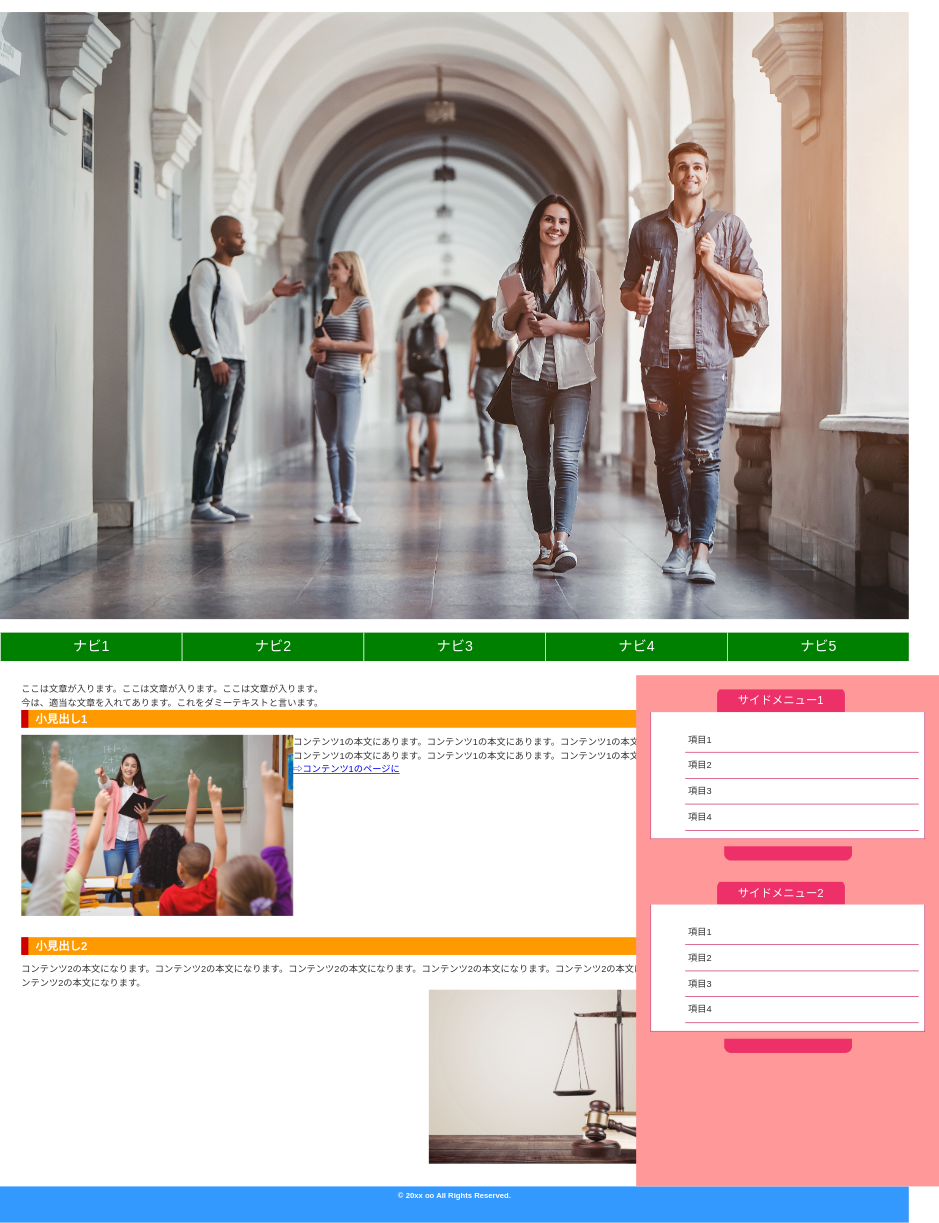
Repository: 777yuuki/samurai_HTML-CSS
Page: testo.html
The author's editor kept a record of every edit. The page is drawn from the files as they stood at one moment, then again after the next edit.
The browser window is 1280 px wide. The page is 1323 px wide, so the pictures cover 1323 px, including what lies to the right of the window. The pictures show the whole page, at 71% of full size.

Above is the page before.

### testo.html
<!DOCTYPE html>
<html lang="ja">
<head>
    <meta charset="UTF-8">
    <meta name="viewport" content="width=device-width, initial-scale=1.0">
    <meta http-equiv="X-UA-Compatible" content="ie=edge">
    <title>テストホームページ</title>
    <link rel="stylesheet" href="testo.css" type="text/css" />
</head>
<body>
    <div class="header">
        <h1><a href="testo.html"><img id="corridor" src="images/corridor.jpg" alt="校舎"></a></h1>
    </div>
    <div class="wrapper">
        <div class="nav">
            <ul>
                <li><a href="#">ナビ1</a></li>
                <li><a href="#">ナビ2</a></li>
                <li><a href="#">ナビ3</a></li>
                <li><a href="#">ナビ4</a></li>
                <li><a href="#">ナビ5</a></li>
            </ul>
        </div>
        <div class="container">
            <div class="main">
               <p>ここは文章が入ります。ここは文章が入ります。ここは文章が入ります。<br>今は、適当な文章を入れてあります。これをダミーテキストと言います。</p>
               <div class="main-post">
                   <h1>小見出し1</h1>
                   <img id="classroom" src="images/classroom.jpg" alt="教室">
                   <p>コンテンツ1の本文にあります。コンテンツ1の本文にあります。コンテンツ1の本文にあります。コンテンツ1の本文にあります。コンテンツ1の本文にあります。コンテンツ1の本文にあります。
                   </p>
                   <p class="blue"><a href="#">⇨コンテンツ1のページに<a/></p>
               </div>
               <div class="main-post">
                   <h1>小見出し2</h1>
                   <p>コンテンツ2の本文になります。コンテンツ2の本文になります。コンテンツ2の本文になります。コンテンツ2の本文になります。コンテンツ2の本文になります。コンテンツ2の本文になります。
                   </p>
                   <img  id="scale" src="images/scale.jpg">
               </div>
            </div>
            <div class="side">
                <div class="side-main">
                    <div class="side-top">
                        <div class="side-title">
                            サイドメニュー1
                        </div>
                        <div class="side-box">
                            <ul>
                                 <li>項目1</li>
                                 <li>項目2</li>
                                 <li>項目3</li>
                                 <li>項目4</li>
                            </ul>
                        </div>
                    </div>
                </div>
                <div class="side-main">
                    <div class="side-top">
                        <div class="side-title">
                            サイドメニュー2
                        </div>
                        <div class="side-box">
                            <ul>
                                 <li>項目1</li>
                                 <li>項目2</li>
                                 <li>項目3</li>
                                 <li>項目4</li>
                            </ul>
                        </div>
                    </div>
                </div>
            </div>
        </div>
    </div>
    <div class="footer">
        <small>&copy; 20xx oo All Rights Reserved.</small>
    </div>
</body>
</html>

### testo.css
/*--- body ---*/
body{
    margin: 0;
    padding: 0;
    font-family: "ヒラギノ角ゴ Pro W3", "Hiragino Kaku Gothic Pro", "メイリオ", Meiryo, Osaka, "ＭＳ Ｐゴシック", "MS PGothic", sans-serif;
    color: #333;
    font-size: 13px;
    line-height: 150%;
}

/*--- header ---*/
.header{
    width:100%;
}
#corridor{
    width:100%;
}

/*--- wrapper ---*/
.wrapper{
    width: 100%;
    margin: auto;
    padding: 0;
    border: 0px;
    background-color: #fff;
}

/*--- nav ---*/
.nav{
    width:100%;
}

.nav ul{
    display: flex;
    list-style-type: none;
    margin: 0;
    padding: 0;
}

.nav ul li{
    width: 20%;
    text-align: center;
}

.nav ul li a{
    display: block;
    height: 20px;
    padding: 10px;
    margin: 0;
    color: #fff;
    font-size: 20px;
    text-decoration: none;
    border-left: 1px solid #fff;
    background-color: green;
}

.nav ul li a:hover{
    filter: drop-shadow(10px 10px 10px black);
}

/*--- container ---*/

.container{
    display: grid;
    grid-template-columns:70vw 30vw;
    clear: both;
    height: 720px;
    padding-top: 20px;

}
/*--- main ---*/
.main{
    height:700px;
    width:957px;
    padding: 10px 30px;
}

.main h1{
    font-size: 16px;
    margin: 0 0 10px 0;
    padding: 3px 10px;
    color: #fff;
    border-left: solid 10px #c00;
    background-color: #f90;
}

.main-post{
    height: 290px;
    width: 957px;
    margin: 0 0 30px 0;
}

#classroom{
    height: 255px;
    width: 383px;
    float: left;
}

#scale{
    height: 245px;
    width: 383px;
    float: right;
}

/*--- side ---*/

.side{
    height: 680px;
    width: 387px;
    padding: 20px;
    background-color: #ff9999;
}

.side-title{
    font-size: 16px;
    line-height: 16px;
    text-align: center;
    height: 16px;
    width: 351px;
    padding: 8px;
    background-position: 50% 50%;
    background-repeat: no-repeat;
    background-image: url(images/side_box_h2.png);
    color: #fff;
}

.side-top{
    background-image: url(images/side_box.png);
    background-position: 50% 100%;
    background-repeat: no-repeat;
    margin: 0 0 30px 0;
    padding: 0 0 30px 0;
}

.side-box{
    height: 162px;
    border-right: 1px solid #cc3366;
    border-bottom: 1px solid #cc3366;
    border-left: 1px solid #cc3366;
    padding: 8px;
    background-color: #fff;
}
.side-box li{
    border-bottom: 1px solid #cc3366;
    padding: 8px 0 8px 4px;
    list-style-type: none;
}

.side-box li:hover{
    box-shadow: 0 4px 4px rgba(0, 0, 0, 0.3);
}

/*--- p ---*/

p{
    height: 39px;
    width: 957px;
    margin: 0;
}

/*--- footer ---*/

.footer{
    font-weight: 700;
    text-align: center;
    background-color: #3399ff;
    height: 45.5px;
    padding: 3px 0;
    color: #FFF;
    clear: both;
}
.footer p{
    font-size: 13px;
    height: 19.5px;
    width: 100%;
    margin: 13px 0;
}

After the next edit:
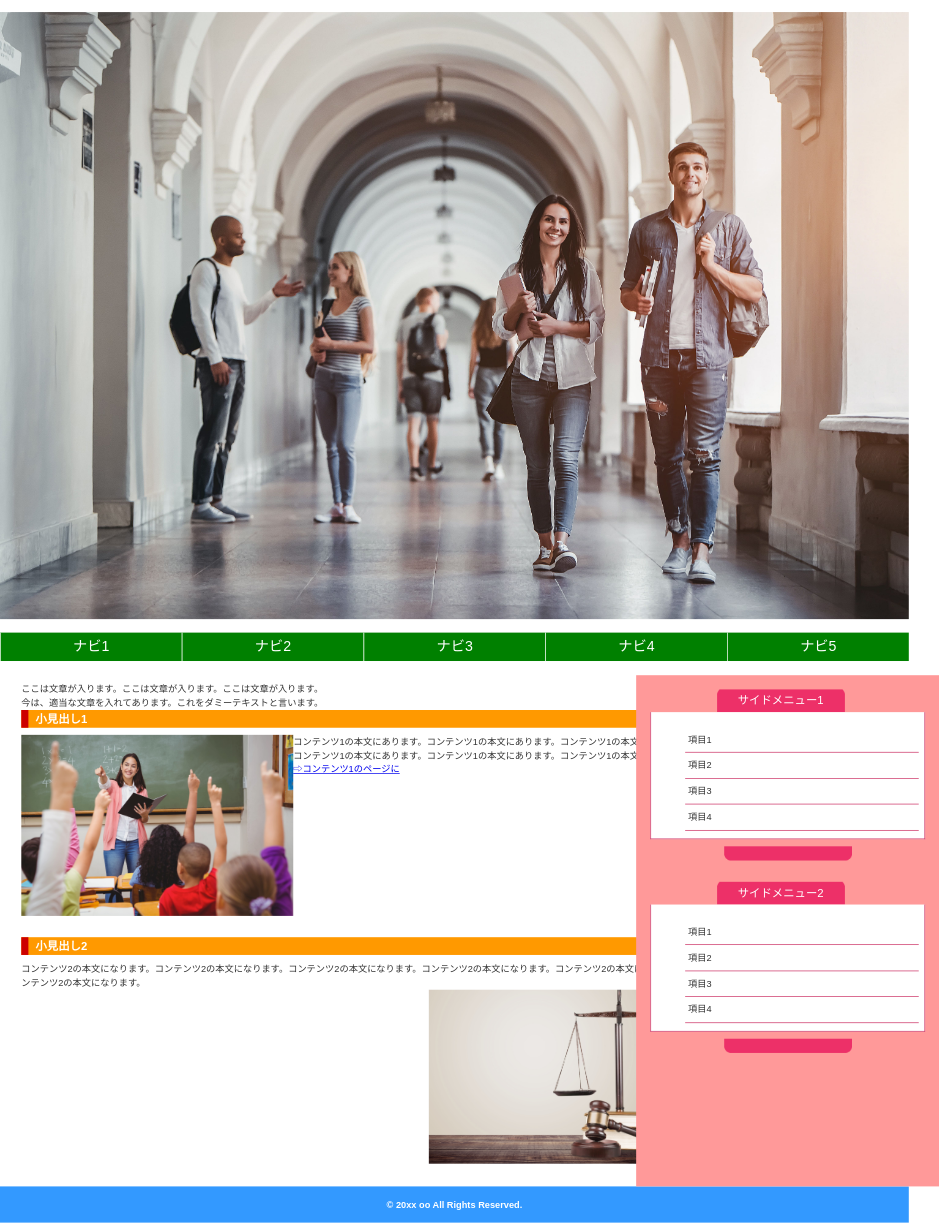
The edit:
--- a/testo.html
+++ b/testo.html
@@ -73,7 +73,7 @@
         </div>
     </div>
     <div class="footer">
-        <small>&copy; 20xx oo All Rights Reserved.</small>
+        <p>&copy; 20xx oo All Rights Reserved.</p>
     </div>
 </body>
 </html>
